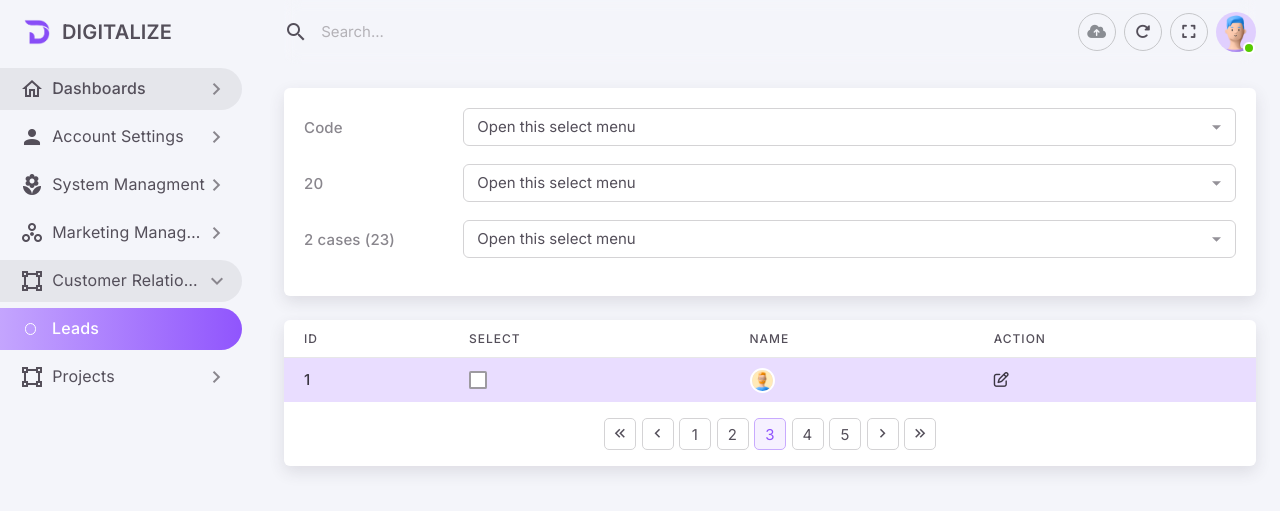
Repository: FadyFathey/sales-crm
Page: html/project-list.html
An editor plug-in stored every save of this project. The page is shown before and after a run of saves, followed by the edit.
The browser window is 1280 px wide. The pictures show the whole page.
Some icons come from a web library that is not loaded, so they are not drawn. Some web libraries are served in a nearby version.

Above is the page before, as saved 2024-10-09 13:44:11.
Console error: ReferenceError: d3 is not defined

After the next 3 saves:
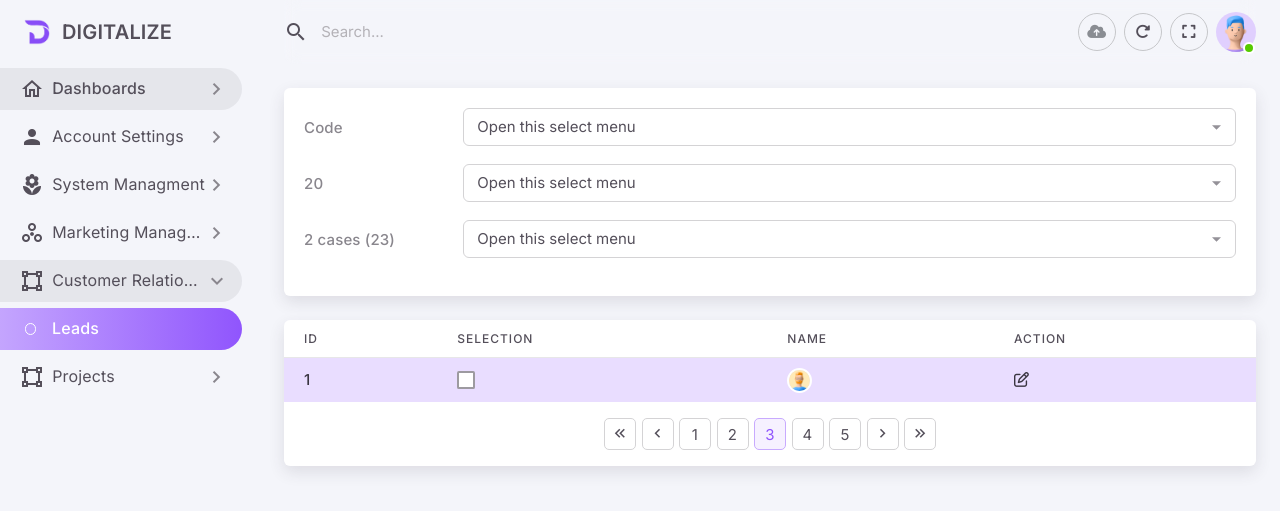
The 3 saves are shown as one change because they came seconds apart.
The last was saved 2 min 1 s later.
--- a/html/project-list.html
+++ b/html/project-list.html
@@ -385,7 +385,7 @@
                                     <thead>
                                         <tr>
                                             <th>id</th>
-                                            <th>select</th>
+                                            <th>selection</th>
                                             <th>Name</th>
                                             <th>Action</th>
                                         </tr>
